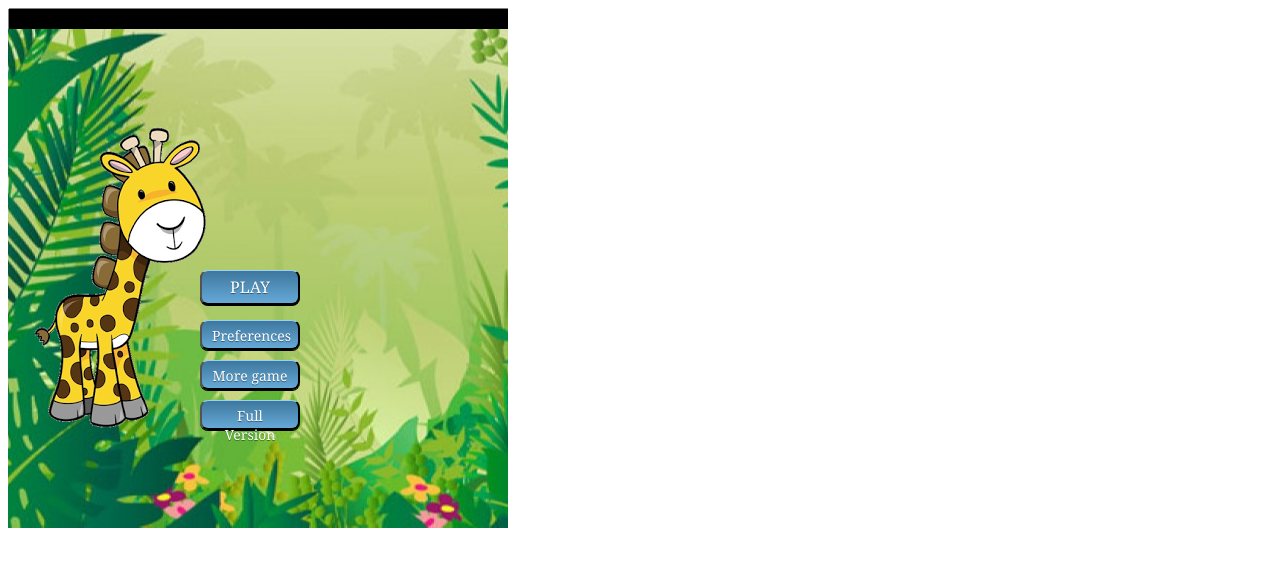
Repository: RathipriyaChandrasekaran/dotlite
Page: ConnectDots/homepage.html
These files come from the project's save history. The page is drawn as it stood at one moment and after the next save; the edit follows.
The browser window is 1280 px wide. The pictures show the whole page.

Above is the page before, as saved 2014-12-14 16:21:36.

### ConnectDots/homepage.html
<!DOCTYPE html>
<html>
<head>
     <meta charset="utf-8" />
     <meta name="viewport" content="width=device-width, initial-scale=1.0, maximum-scale=1.0">
     <link rel="stylesheet" type="text/css" href="css/appstyle.css"/>
     <script src="js/main.js"></script>
</head>
<body>

  <canvas id="canvas" width="500px" height="520px"></canvas>

  <a href="menupage.html"><button id="play" class="button" style="background-color: orange !important;">PLAY</button></a>
  <button id="pref" class="smallbutton">Preferences </button>
  <button id="moregame" class="smallbutton"> More game</button>
  <button id="fullversion" class="smallbutton">Full Version</button>
 <script>
 var points= new Array();
 var canvas = document.getElementById('canvas');
 var context = canvas.getContext('2d');
 var height = 520;
 var width = 500;

 context.beginPath();
 context.rect(1, 1, width, height);
 context.fill();
 context.lineWidth = 1;
 context.strokeStyle = 'black';
 context.stroke();

 function loadCanvas(dataURL, _cb) {

     // load image from data url
     var imageObj = new Image();
     imageObj.onload = function() {
         var imgWidth = this.width;
         var imgHeight = this.height;
         var posX = (width - imgWidth)/2;
         var posY = (height - imgHeight)/2;
         context.drawImage(this, -5, posY + 10);
         if (_cb) _cb();
     };

     imageObj.src = dataURL;
 }

loadCanvas("images/jungle.png", function() {
loadCanvas("images/girraffe.png");
});




 </script>





</body>
</html>

### ConnectDots/css/appstyle.css
#backgroundimage{
	display: block;

    background-repeat: no-repeat ;
}

#play{
	position: absolute;
	top: 270px;
	left: 200px;
	width: 100px;
	height: 35px;
}

#pref{
	position : absolute;
	top: 320px;
	left: 200px;
	width: 100px;
	height: 30px;
}
#moregame{
	position : absolute;
	top: 360px;
	left: 200px;
	width: 100px;
	height: 30px;
}
#animals{
	position : absolute;
	top: 440px;
	left: 80px;
	width: 150px;
	height: 40px;
}
#fullversion{
	position : absolute;
	top: 400px;
	left: 200px;
	width: 100px;
	height: 30px;
}
.button {
   border-top: 1px solid #96d1f8;
   background: #D2691E;
   background: -webkit-gradient(linear, left top, left bottom, from(#3e779d), to(#65a9d7));
   background: -webkit-linear-gradient(top, #3e779d, #65a9d7);
   background: -moz-linear-gradient(top, #3e779d, #65a9d7);
   background: -ms-linear-gradient(top, #3e779d, #65a9d7);
   background: -o-linear-gradient(top, #3e779d, #65a9d7);
   padding: 5px 10px;
   -webkit-border-radius: 8px;
   -moz-border-radius: 8px;
   border-radius: 8px;
   -webkit-box-shadow: rgba(0,0,0,1) 0 1px 0;
   -moz-box-shadow: rgba(0,0,0,1) 0 1px 0;
   box-shadow: rgba(0,0,0,1) 0 1px 0;
   text-shadow: rgba(0,0,0,.4) 0 1px 0;
   color: white;
   font-size: 16px;
   font-family: Georgia, serif;
   text-decoration: bold;
   vertical-align: middle;
   }
.button:hover {
   border-top-color: #28597a;
   background: #28597a;
   color: #ccc;
   }
.button:active {
   border-top-color: #1b435e;
   background: #D2691E;
   }
   .smallbutton {
   border-top: 1px solid #96d1f8;
   background: #65a9d7;
   background: -webkit-gradient(linear, left top, left bottom, from(#3e779d), to(#65a9d7));
   background: -webkit-linear-gradient(top, #3e779d, #65a9d7);
   background: -moz-linear-gradient(top, #3e779d, #65a9d7);
   background: -ms-linear-gradient(top, #3e779d, #65a9d7);
   background: -o-linear-gradient(top, #3e779d, #65a9d7);
   padding: 5px 10px;
   -webkit-border-radius: 8px;
   -moz-border-radius: 8px;
   border-radius: 8px;
   -webkit-box-shadow: rgba(0,0,0,1) 0 1px 0;
   -moz-box-shadow: rgba(0,0,0,1) 0 1px 0;
   box-shadow: rgba(0,0,0,1) 0 1px 0;
   text-shadow: rgba(0,0,0,.4) 0 1px 0;
   color: white;
   font-size: 14px;
   font-family: Georgia, serif;
   text-decoration: none;
   vertical-align: middle;
   }
   .scope{
     position: absolute;
     top: 50px;
     width:300px;
     overflow-x:scroll;
     overflow-y:hidden;
   }

    img{
      top: 20px;
     width: 300px;
     height: 200px;
    }
    .scrollable{
      cursor: pointer;
      background-color: #B8860B;
      width: 300px;
      height: 350px;
      position: relative;
    }
    a.fill-div {
    display: block;
    height: 100%;
    width: 100%;
    text-decoration: none;
}


/**/
.filmstrip>div {
  width:300px;
  display:inline-block;
  text-align:center;
}

### ConnectDots/js/main.js
var startTime;
var checkTime;

//Initialize function
var init = function () {
	// TODO:: Do your initialization job
	console.log("init() called");

	// add eventListener for tizenhwkey
	document.addEventListener('tizenhwkey', function(e) {
		if(e.keyName == "back") {
			try {
				tizen.application.getCurrentApplication().exit();
			} catch (error) {
				console.error("getCurrentApplication(): " + error.message);
			}
		}
	});
};
// window.onload can work without <body onload="">
window.onload = init;

function startTime() {
	var today = new Date();
	var h = today.getHours();

	var m = today.getMinutes();
	var s = today.getSeconds();
	m = checkTime(m);
	s = checkTime(s);
	document.getElementById('divbutton1').innerHTML="Current time: " + h + ":" + m + ":" + s;
	var t = setTimeout(startTime, 250);
}

function checkTime(i) {
	if (i < 10) {
		i="0" + i;
	}
	return i;
}

After the next save:
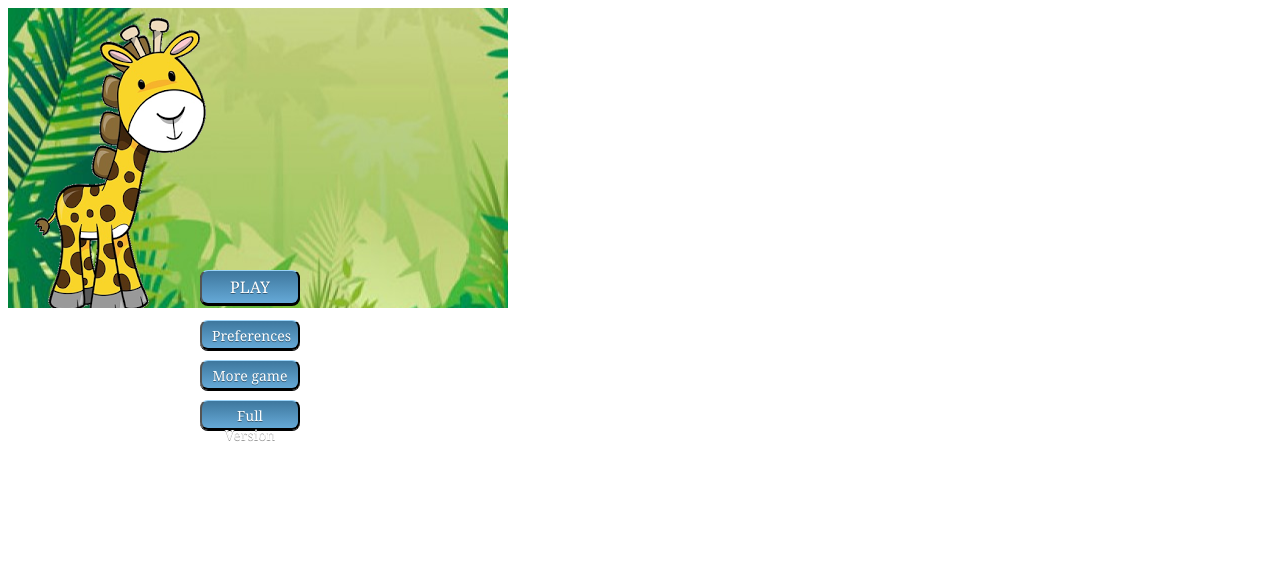
Saved 24 s later.
--- a/ConnectDots/homepage.html
+++ b/ConnectDots/homepage.html
@@ -8,7 +8,7 @@
 </head>
 <body>
 
-  <canvas id="canvas" width="500px" height="520px"></canvas>
+  <canvas id="canvas" width="500px" height="300px"></canvas>
 
   <a href="menupage.html"><button id="play" class="button" style="background-color: orange !important;">PLAY</button></a>
   <button id="pref" class="smallbutton">Preferences </button>
@@ -18,7 +18,7 @@
  var points= new Array();
  var canvas = document.getElementById('canvas');
  var context = canvas.getContext('2d');
- var height = 520;
+ var height = 300;
  var width = 500;
 
  context.beginPath();
